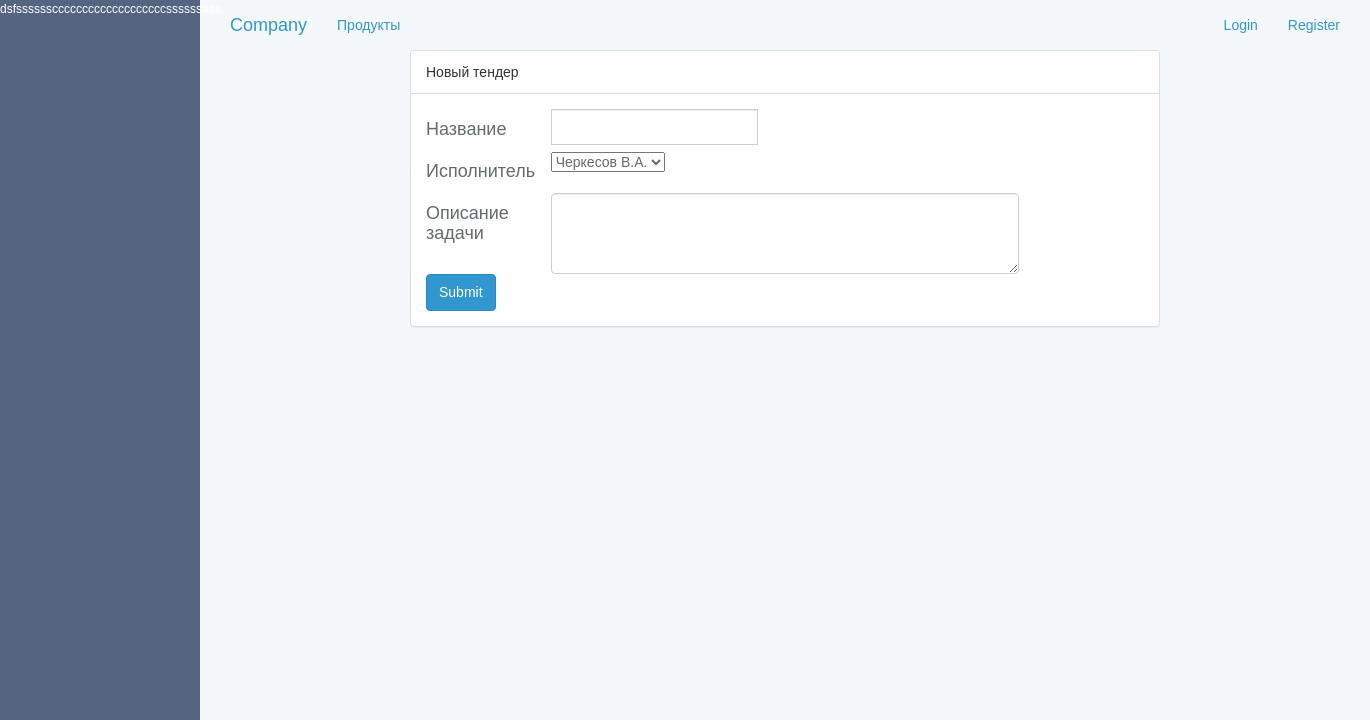
Repository: blackjack043/laravel-crud
Page: resources/views/page2.blade.php
These files come from the project's save history. The page is drawn as it stood at one moment and after the next save; the edit follows.
The browser window is 1280 px wide. The page is 1370 px wide, so the pictures cover 1370 px, including what lies to the right of the window. The pictures show the whole page.
Some web fonts or font styles are not loaded; a fallback is used. The page is served by the project's Laravel application, run on PHP 8.4 with Laravel 8. The template is opened directly, without the code that normally fills it, so the values that code supplies are empty.

Above is the page before, as saved 2022-03-06 21:22:00.

After the next save:
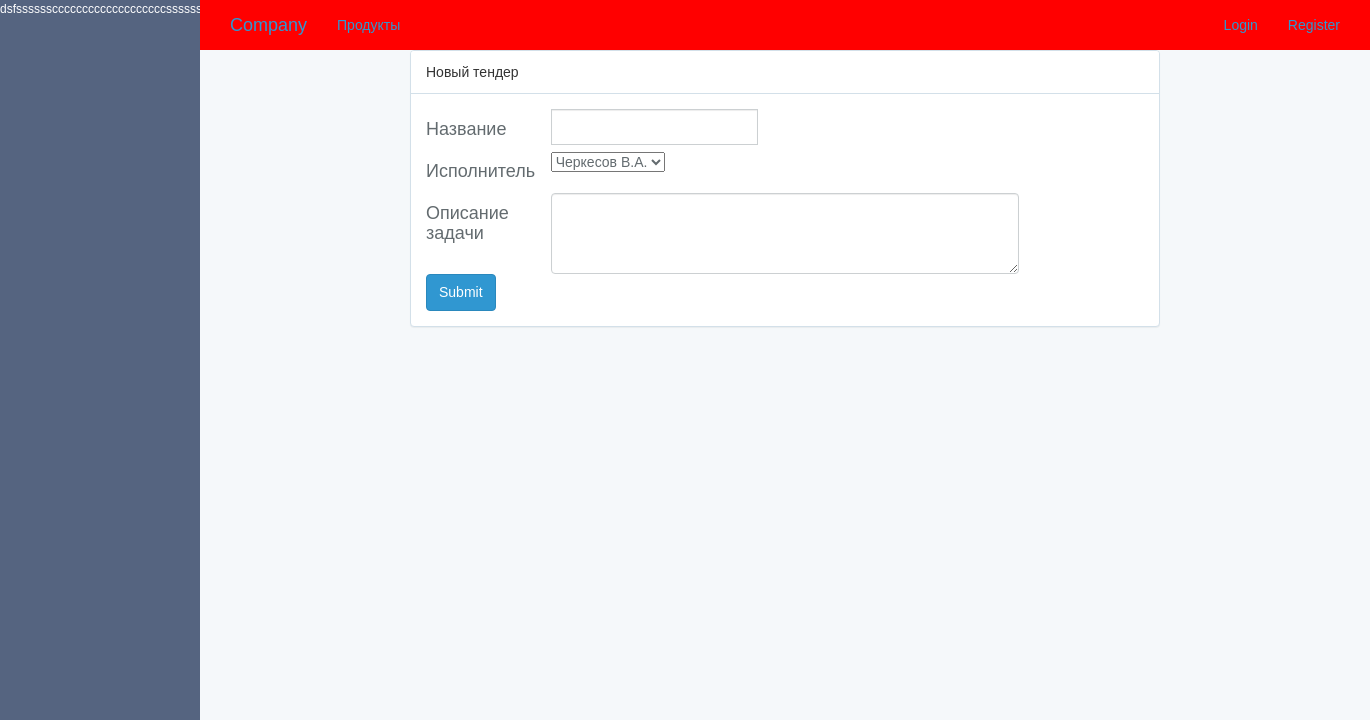
Saved 14 s later.
--- a/resources/views/layouts/app2.blade.php
+++ b/resources/views/layouts/app2.blade.php
@@ -24,7 +24,7 @@
     <div id="app" style="display: flex;">
         <div style="width:200px; height:100vh;background: #556480;color: white; font-size: 12px" >dsfsssssscccccccccccccccccccssssssaas</div>
         <div style="display:inline; ">
-        <nav class="" style="height: 50px;">
+        <nav class="" style="height: 50px; background: red">
             <div class="container">
                 <div class="navbar-header">
 
